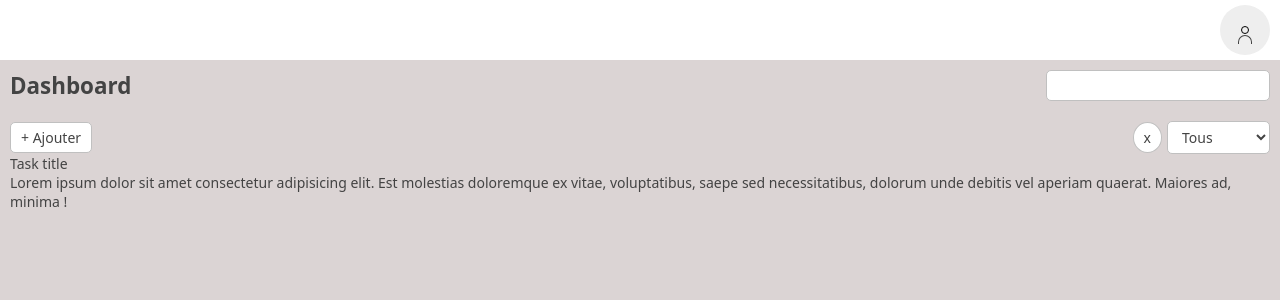
Repository: zpaulange/task_manager
Page: dashboard/index.html
The author's editor kept a copy of each file at every save. The page is drawn from the files as they stood at one save, then again after the next save.
The browser window is 1280 px wide. The pictures show the whole page.

Above is the page before, as saved 2025-03-06 15:15:42.

### dashboard/index.html
<!DOCTYPE html>
<html lang="en">
<head>
    <meta charset="UTF-8">
    <meta name="viewport" content="width=device-width, initial-scale=1.0">
    <link rel="stylesheet" href="../assets/styles/dashboard/style.css">
    <title>Document</title>
</head>
<body>
  <section class="dashboard">
    <div class="dashboard_right">
      <nav class="dashbaord_nav">
        <a href="#" class="dashbaord_nav_avatar">
          <span></span>
        </a>
      </nav>
      <main class="main">
        <div class="main_header">
          <h1 class="main_header_title">Dashboard</h1>
          <input type="search" name="search" class=" main_header_search">
        </div>
        <div class="main_header_actions">
          <div class="main_header_actions_left">
            <button class="main_header_actions_btn">+ Ajouter</button>
          </div>
          <div class="main_header_actions_right">
            <button class="main_header_actions_right_btnDel rounded-btn del">x</button>
            <select name="filter" class="main_header_actions_right_filter" id="">
              <option value="0">Tous</option>
              <option value="1">En cours</option>
              <option value="2">Annulés</option>
              <option value="3">Terminés</option>
            </select>
          </div>
        </div>
        <section class="main-task">
          <div class="main-task__content">
            <div class="main-task__content-item">
              <div class="main-task__content-item__title">
                Task title
              </div>
              <div class="main-task__content-item__desc">
                Lorem ipsum dolor sit amet consectetur adipisicing elit. Est molestias doloremque ex vitae, voluptatibus, saepe sed necessitatibus, dolorum unde debitis vel aperiam quaerat. Maiores ad, minima !
              </div>
            </div>
            <!-- <section class="box box-center">
              <h1>Aucune tache disponible...</h1>
            </section> -->
          </div>

        </section>
      </main>
    </div>
  </section>

</body>
</html>

### assets/styles/dashboard/style.css
*{
  margin:0;
  padding:0;
  box-sizing: border-box;
  position:relative;
  font-family: system-ui, sans-serif;
  font-size: 14px;
  color:#434343;
}
body{
  overflow-x: hidden;
}
a{
  text-decoration: none;
}
a:active, a:hover{
  color:#434343;
}
img{
  width: 100%;
  height: auto;
}
ul li{
  list-style: none;
}
input[type="search"],
input[type="text"],
input[type="date"]{
  padding:5px 10px;
  border-radius:5px;
  border:1px solid silver
}
input:focus, select:focus{
  outline: none;
}

.dashboard{
  min-height: 100vh;
  background-color: #dbd4d4;
}

.dashboard_right{
  min-height: 100vh;
}
.dashbaord_nav{
  background-color: #fff;
  padding:5px 10px;
  display: flex;
  align-items:center;
  justify-content: flex-end;
  z-index: 1000;
  position: sticky;
  top:0;
  left:0;
}
.dashbaord_nav_avatar{
  display: flex;
  align-items: center;
  justify-content: center;
  height:50px;
  width: 50px;
  border-radius:50%;
  background-color: #eee;

}
.dashbaord_nav_avatar span{
  display: inline-block;
  height: 8px;
  width: 8px;
  border-radius:50%;
  border:1px solid #000
}
.dashbaord_nav_avatar span:before{
  content:'';
  position: absolute;
  height: 8px;
  width: 12px;
  border:1px solid;
  left:50%;
  transform: translateX(-50%);
  top:8px;
  border-bottom: none;
  border-top-left-radius: 10px;
  border-top-right-radius: 10px;
}

.main{
  padding:10px;
}
.main_header_title{
  font-size: 1.6rem;
}
.box{
  min-height: calc(100vh - 180px);
  background-color: #fff;
  border-radius:5px;
  padding:10px;
  margin-top:20px
}
.box.box-center{
  display: flex;
  align-items:center;
  justify-content: center;
}

.main_header{
  display: flex;
  justify-content: space-between;
  align-items:center;
  margin-bottom:20px;
}
.main_header_actions{
  display: flex;
  justify-content: space-between;
  align-items:center;
}
.main_header_actions_btn{
  padding:5px 10px;
  border-radius:5px;
  border:1px solid silver;
  background-color: #fff;
  cursor: pointer;
  transition: .2s;
}
.main_header_actions_btn:hover{
  background-color:blue;
  color:#fff;
}
.main_header_actions_right{
  display: flex;
  align-items:center;
  gap:5px;
}
.rounded-btn{
  padding:5px 10px;
  border-radius:50%;
  border:1px solid silver;
  background-color: #fff;
  cursor: pointer;
  transition: .2s;
  cursor:pointer;
}
.rounded-btn.del:hover{
  background-color:red;
  color:#fff;
}
.main_header_actions_right_filter{
  padding:5px 10px;
  border-radius:5px;
  border:1px solid silver;
  background-color: #fff;
}

After the next save:
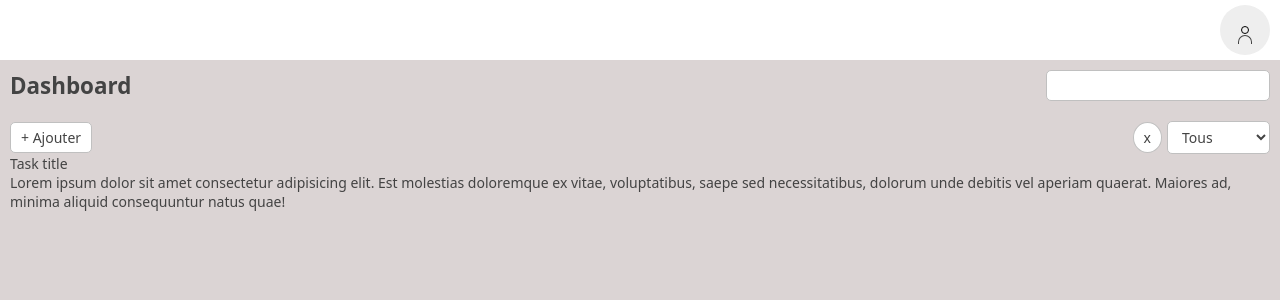
Saved 4 s later.
--- a/dashboard/index.html
+++ b/dashboard/index.html
@@ -40,7 +40,7 @@
                 Task title
               </div>
               <div class="main-task__content-item__desc">
-                Lorem ipsum dolor sit amet consectetur adipisicing elit. Est molestias doloremque ex vitae, voluptatibus, saepe sed necessitatibus, dolorum unde debitis vel aperiam quaerat. Maiores ad, minima !
+                Lorem ipsum dolor sit amet consectetur adipisicing elit. Est molestias doloremque ex vitae, voluptatibus, saepe sed necessitatibus, dolorum unde debitis vel aperiam quaerat. Maiores ad, minima aliquid consequuntur natus quae!
               </div>
             </div>
             <!-- <section class="box box-center">
